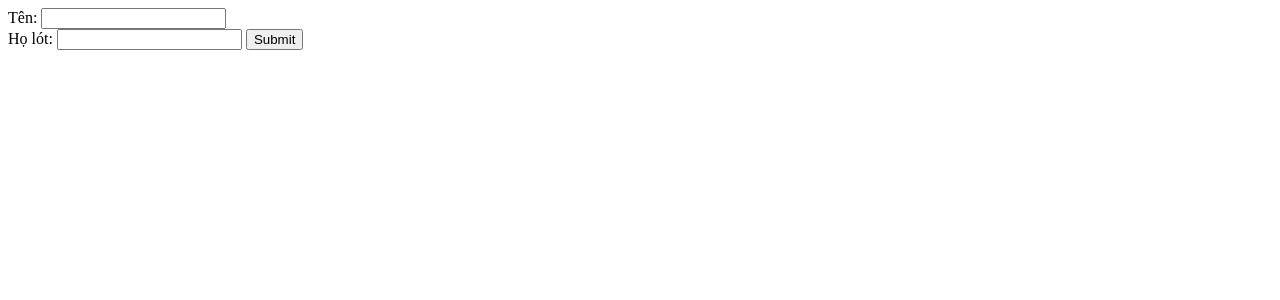
Repository: dangpham258/LapTrinhWeb
Page: BaiTap01/src/main/webapp/login.html
These files come from the project's save history. The page is drawn as it stood at one moment and after the next save; the edit follows.
The browser window is 1280 px wide. The pictures show the whole page.

Above is the page before, as saved 2025-08-22 03:33:08.

After the next save:
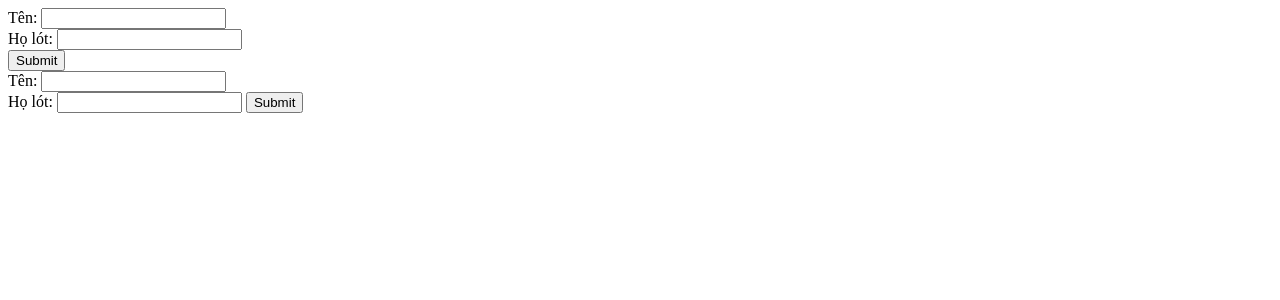
Saved 21 s later.
--- a/BaiTap01/src/main/webapp/login.html
+++ b/BaiTap01/src/main/webapp/login.html
@@ -5,7 +5,13 @@
     <title>Form nhập thông tin</title>
 </head>
 <body>
-	<form action="home" method="GET">
+    <form action="home" method="GET">
+        Tên: <input type="text" name="ten" /> <br />
+        Họ lót: <input type="text" name="holot" /> <br />
+        <input type="submit" value="Submit" />
+    </form>
+
+	<form action="createcookie" method="GET">
 		Tên: <input type="text" name="ten"> <br />
 		Họ lót:
 		<input type="text" name="holot" /> <input type="submit" value="Submit" />

After the save that followed:
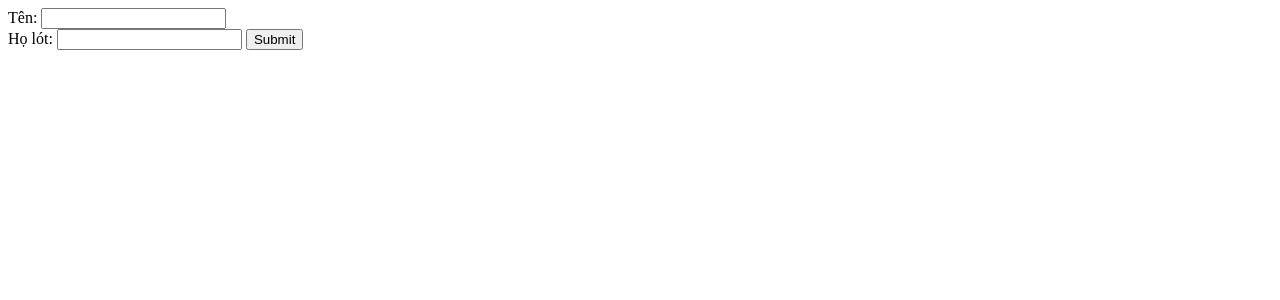
Saved 2 min 0 s later.
--- a/BaiTap01/src/main/webapp/login.html
+++ b/BaiTap01/src/main/webapp/login.html
@@ -5,12 +5,6 @@
     <title>Form nhập thông tin</title>
 </head>
 <body>
-    <form action="home" method="GET">
-        Tên: <input type="text" name="ten" /> <br />
-        Họ lót: <input type="text" name="holot" /> <br />
-        <input type="submit" value="Submit" />
-    </form>
-
 	<form action="createcookie" method="GET">
 		Tên: <input type="text" name="ten"> <br />
 		Họ lót:
